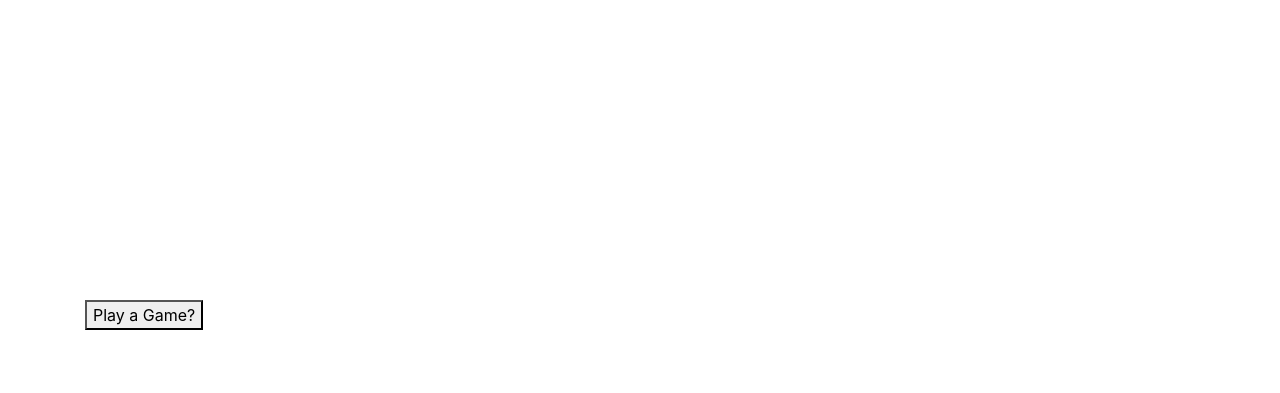
Repository: dsaftler/Trivia
Page: index.html
The author's editor kept a copy of each file at every save. The page is drawn from the files as they stood at one save, then again after the next save.
The browser window is 1280 px wide. The pictures show the whole page.

Above is the page before, as saved 2019-04-13 13:39:43.

### index.html
<!DOCTYPE html>
<html lang="en">
<head>
  <meta charset="UTF-8">
  <meta name="viewport" content="width=device-width, initial-scale=1.0">
  <meta http-equiv="X-UA-Compatible" content="ie=edge">
  <link rel="stylesheet" href="https://stackpath.bootstrapcdn.com/bootstrap/4.3.1/css/bootstrap.min.css"
    integrity="sha384-ggOyR0iXCbMQv3Xipma34MD+dH/1fQ784/j6cY/iJTQUOhcWr7x9JvoRxT2MZw1T" crossorigin="anonymous">
  <!-- custom css -->
  <link rel="stylesheet" href="assets/css/style.css" type="text/css">

  <title>Trivia Game</title>
</head>
<body>
<div class="container">
  <div class="scoreElements">
   <div id="showWinsCnt"><span id="wins"></span></div>
   <div id="showLoseCnt"><span id="wrongs"></span></div>
   <div id="showMissCnt"><span id="misses"></span></div>
  </div>
  <div class='playElements'>
    <div class="showTimer"><span id="timer"></span></div>
    <div class="showQuestion"><span id="question"></span></div>
    <div class="answers" id="answer0"></div>
    <div class="answers" id="answer1"></div>
    <div class="answers" id="answer2"></div>
    <div class="answers" id="answer3"></div>
    <div class="tmyk">
      <img class="image">
      <div class="extra"></div>
    </div>
  </div>

  <button id="newGame" onclick="initGame()">Play a Game?</button>
  <!-- <button id="temp1" onclick="newQuestion()">Next Question?</button> -->
</div>

<!-- bootstrap scripts -->
<script src="https://code.jquery.com/jquery-3.3.1.slim.min.js"
  integrity="sha384-q8i/X+965DzO0rT7abK41JStQIAqVgRVzpbzo5smXKp4YfRvH+8abtTE1Pi6jizo" crossorigin="anonymous"></script>
<script src="https://cdnjs.cloudflare.com/ajax/libs/popper.js/1.14.7/umd/popper.min.js"
  integrity="sha384-UO2eT0CpHqdSJQ6hJty5KVphtPhzWj9WO1clHTMGa3JDZwrnQq4sF86dIHNDz0W1" crossorigin="anonymous"></script>
<script src="https://stackpath.bootstrapcdn.com/bootstrap/4.3.1/js/bootstrap.min.js"
  integrity="sha384-JjSmVgyd0p3pXB1rRibZUAYoIIy6OrQ6VrjIEaFf/nJGzIxFDsf4x0xIM+B07jRM" crossorigin="anonymous"></script>
<script src="assets/javascript/app.js"></script>


</body>
</html>

### assets/css/style.css
.showTimer
.showQuestion
.showAnswer
.showWinsCnt
.showLoseCnt
.answers:hover{
  background-color: blue;
}
.image {
  height: 300px;
}
}

### assets/javascript/app.js
// Advanced game has a 30 second timer that counts down to 0 for each question !!!!!!!!!!!!  changed to 15 seconds
// If the timer is 0 OR  a wrong answer is chosen:
  // show the correct answer for 5 seconds
// display a new question
// restart the timer with no user interaction

// questions are contained in an array with question, array of answers, index of correct answer
// question shows in questionId
// "Correct"  or "Correct Answer" shows in answerId
// 4 possible answers show in 4 clickable buttons
// buttons have hover behavior
//  only one can be selected (by click)

// scores for Wins, Losses, and Unanswered are kept (correct, wrong, timer ==0)
// ask to play again in link
// click on play restarts the game without re-loading the page

var qArray =[];
var wins, wrongs, misses, seconds;
var correctAnswerId;
var timer;
var seconds;
var isNewGame = true;
var timerRunning=false;
var i;
var qArrayLength
var sayCorrect
var answerTime=10;
var displayInfoTime=4;

$(document).ready(function () {
  //initGame();  // called by newGame button
  $(".answers").click(function() {
    stopTimer();
    $(".answers").css("pointer-events","none");
    //which answer did I click?
    var target = $(this).attr("id")
    for(let j = 0; j<4; j++) {
      jtarget = "answer" + j
      //console.log(jtarget)
      if (jtarget === target){
        if (j === correctAnswerId){
          showMe("win");
        } else {
          showMe("lose");
        }
      }
    }
  });
});


function initGame() {
  wins = 0;
  wrongs = 0;
  misses = 0;
  $(".scoreElements").hide();
  // $("#showWinsCnt").hide();
  // $("#showLoseCnt").hide();
  // $("#showMissCnt").hide();
  $("#newGame").hide();
  loadQuestions();
  i = 0;
  newQuestion(i);
}

function newQuestion(i)
{
  console.log(i)
  if (i < qArrayLength){
    // show game pieces: question, answers
    $(".playElements").show();
    $("#timer").show();
    // $(".showQuestion").show();
    // $(".answers").show();
    $(".tmyk").hide();
    // $(".extra").hide();
    // $(".image").hide();
    // console.log(qArray[i]);
    q="Question "+(i+1)+":  "
    $("#question").text(q+(qArray[i].question));
    $("#answer0").text(qArray[i].ansArray[0]);
    //console.log(qArray[i].ansArray[0]);
    $("#answer1").text(qArray[i].ansArray[1]);
    $("#answer2").text(qArray[i].ansArray[2]);
    $("#answer3").text(qArray[i].ansArray[3]);
    correctAnswerId = qArray[i].correct;
    correctAnswer = qArray[i].ansArray[correctAnswerId]
    //console.log(qArray[i].ansArray[correctAnswerId]);
    info = qArray[i].extra;
    $(".answers").css("pointer-events", "auto");
    clearInterval(timer)
    seconds = answerTime;
    showTime();
    timer = setInterval(tick, 1000);
  } else {
    gameOver();
  }
}

function gameOver()
{
  $(".playElements").hide();
  // $("#timer").hide();
  // $(".showQuestion").hide();
  // $(".answers").hide();
  // $(".extra").hide();
  // $(".image").hide();
  $(".scoreElements").show();
  $("#showWinsCnt").text(wins + " Correct")
 // $("#showWinsCnt").show();

  $("#showLoseCnt").text( wrongs + " Wrong")
  //$("#showLoseCnt").show();

  $("#showMissCnt").text(  misses + " Time-Outs")
 // $("#showMissCnt").show();
  //$("#wins").text(wins);
  // $("#wrongs").text(wrongs);
  // $("#misses").text(misses);
  $("#newGame").text("Play Again?"); // calls initGame
  $("#newGame").show();
}


//  The decrement function.
function tick()
{
  seconds--;
  if (seconds < 0) {
    //  ...run the stop function.
    stopTimer()
    showMe("miss");
    return;
  }
  showTime();

}

function stopTimer()
{
  clearInterval(timer);
 // $("#answers").pointerEvents="none";
 $("#answers")
}

//  Execute the run function.
function showTime()
{
 $("#timer").html("<h2>" + seconds + "</h2>");
 //console.log(seconds);
}
function showMe(result){
  switch (result){
    case "win":
      //alert("Correct");
      sayCorrect="Correct! "
      wins++;
      break;
    case "lose":
      //alert("Incorrect");
      sayCorrect = 'The correct answer was: '  + correctAnswer
      wrongs++
      break;
    case "miss":
      $("#timer").html("<h2>Timed-Out</h2>");
      sayCorrect= 'The answer was:  ' + correctAnswer
      misses++;
      break;
   }
  showExtra();
  setTimeout(displayPause, 1000 * displayInfoTime)

  }
function showExtra(){
  imgUrl = qArray[i].image
  $(".image").attr("src",imgUrl);
  //console.log("<img src=" + qArray[i].image + ">");
  $(".extra").html(sayCorrect + "<br/>" + qArray[i].extra);
  $(".tmyk").show();
  //$(".extra").show();
  //$(".image").show();

}
function displayPause(){
  stopTimer();
  clearTimeout();
  i++;
  newQuestion(i)
}

function loadQuestions(){
qArray = [
    {
      question: "How many moons are in our Solar System?",
      correct: 3,
      ansArray: [25, 50, 97, 181],
      image: "assets/images/Moons_of_solar_system.jpg",
      extra: "These moons (also known as natural satellites) vary greatly in size and quantity per planet. For example, the largest moon is Jupiter’s Ganymede, and the smallest is Mar’s Deimos. Ganymede has a diameter of 3,273 miles, and Deimos has a diameter of 7 miles."

    },
    {
      question: "What percent of the universe is dark matter? (Plus or minus 2%.)",
      correct: 1,
      ansArray: ["15%", "27%", "50%", "80%"],
      image: "assets/images/darkmatter.png",
      extra: "The rest of the universe is around 68% dark energy, and less than 5% of the universe is made up of what we would consider ‘normal’ matter. This means that roughly 80% of the mass of the universe is made up of material we cannot see."
    },
    {
      question: "What is the most common type of star found in the Milky Way?",
      correct: 1,
      ansArray: ["Neutron stars", "Red dwarf stars", "Supernovae", "G-type"],
      image: "assets/images/Red-dwarf-infographic.jpg",
      extra: "Red dwarf stars make up an estimated ¾ of all stars found in the Milky Way. The surface temperature of red dwarf stars is less than 4,000 Kelvin, and they have a very low luminosity and therefore cannot be easily seen. In fact, from Earth not one red dwarf star can be seen with the naked eye. Since they develop very slowly and are constant for trillions of years, there are actually no advanced stars of this type in our galaxy because our galaxy is too young!"
    },
    {
      question: "What is the closest star to the Sun?",
      correct: 0,
      ansArray: ["Proxima Centauri", "Tau Ceti", "51 Pegasi", "Rigel"],
      image: "assets/images/proxima_centauri_main.jpg",
      extra: "Proxima Centauri is a red dwarf star located in Alpha Centauri system, which is in the Centaurus constellation. Alpha Centauri is actually a triple star system with Proxima Centauri being the closest to the sun. It is 4.24 light years away from the sun, and is not visible to the naked eye from Earth."
    },
    {
      question: "What has a gravitational pull so strong that even light cannot escape it?",
      correct: 2,
      ansArray: ["Quantum gravity well", "3rd law of thermodynamics", "Black hole", "Law of Mutual Attraction"],
      image: "assets/images/blackhole.jpg",
      extra: "Black holes are one of the deadliest things in the universe. They are formed when a star with a mass more than three times that of our sun dies and collapses onto itself after an explosion called a supernova. Black holes can siphon the gas out of stars until they vanish. They can even break apart and swallow planets."
    },
    {
      question: "Which NASA space flight was the last manned mission to the moon?",
      correct: 3,
      ansArray: ["Gemini 12", "Skynet 1.0", "Apollo 13","Apollo 17"],
      image: "assets/images/moon-landing.jpg",
      extra: "Apollo 17 launched on December 7, 1972 as the first night launch done by NASA. It was also the final mission of NASA’s Apollo program. Apollo 17 was the last time humans traveled beyond low Earth orbit. The mission also boasted that at the time it had the longest moon landing, largest lunar samples, longest time in orbit, and the longest total moonwalks."
    },
    {
      question: "What is the longest continuous time a human has spent in space? (Plus or minus 20 days.)",
      correct: 2,
      ansArray: ["37 days", "189 days", "437 days", "682 days"],
      image: "assets/images/poljakov.jpg",
      extra: "This amounts to more than 14 months in space. This feat was accomplished by Valeri Polyakov, a Russian astronaut who stayed aboard the Mir space station from January 1994 to March 1995. When Polyakov retired he had over 678 cumulative days in space, and his combined space time was over 22 months."
    },
    {
      question: "How much time does sun rays take to reach earth?",
      correct: 2,
      ansArray: ["58 seconds", "3.5 minutes", "8 minutes", "14 minutes"],
      image: "assets/images/Earth_to_Sun.png",
      extra: "The speed of light in vacuum, commonly denoted c, is a universal physical constant important in many areas of physics. Its exact value is299,792,458 meters per second (approximately 300,000 km/s (186,000 mi/s))."
    },
    {
      question: "When the Halley’s Comet will be visible from Earth again?",
      correct: 2,
      ansArray: ["2024", "2039", "2061", "2101"],
      image: "assets/images/HalleysComet.jpg",
      extra: "Halley's Comet is arguably the most famous comet. It is a ‘periodic’ comet and returns to Earth's vicinity about every 75 years, making it possible for a human to see it twice in his or her lifetime. The last time it was here was in 1986, and it is projected to return in 2061."
    },
    {
      question: "How long was the shortest space flight?",
      correct: 0,
      ansArray: ["15 minutes", "73 minutes", "4.5 hours", "3 days"],
      image: "assets/images/freedom7.jpg",
      extra: "This occurred on May 5, 1961 when Alan Shepard achieved an altitude of 115 miles in NASA’s Freedom 7. He was also the first American in space. Shepard later went on to become the oldest person to walk on the surface of the moon. He achieved this in 1971 during the Apollo 14 mission. At the time, he was 47 years old."
    }
  ]
  qArrayLength=qArray.length;
  //console.log(qArray);
};

After the next save:
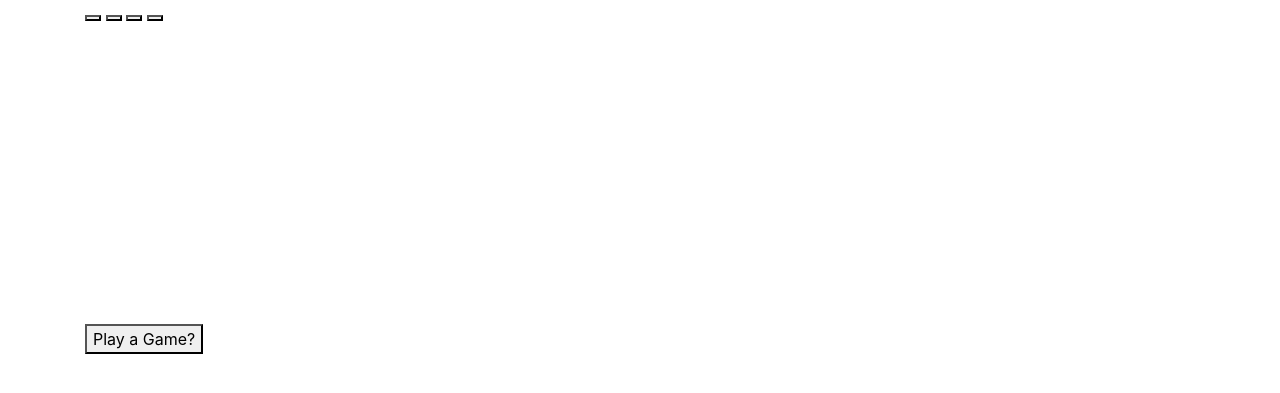
Saved 5 min 42 s later.
--- a/index.html
+++ b/index.html
@@ -21,10 +21,10 @@
   <div class='playElements'>
     <div class="showTimer"><span id="timer"></span></div>
     <div class="showQuestion"><span id="question"></span></div>
-    <div class="answers" id="answer0"></div>
-    <div class="answers" id="answer1"></div>
-    <div class="answers" id="answer2"></div>
-    <div class="answers" id="answer3"></div>
+    <button class="answers" id="answer0"></button>
+    <button class="answers" id="answer1"></button>
+    <button class="answers" id="answer2"></button>
+    <button class="answers" id="answer3"></button>
     <div class="tmyk">
       <img class="image">
       <div class="extra"></div>
